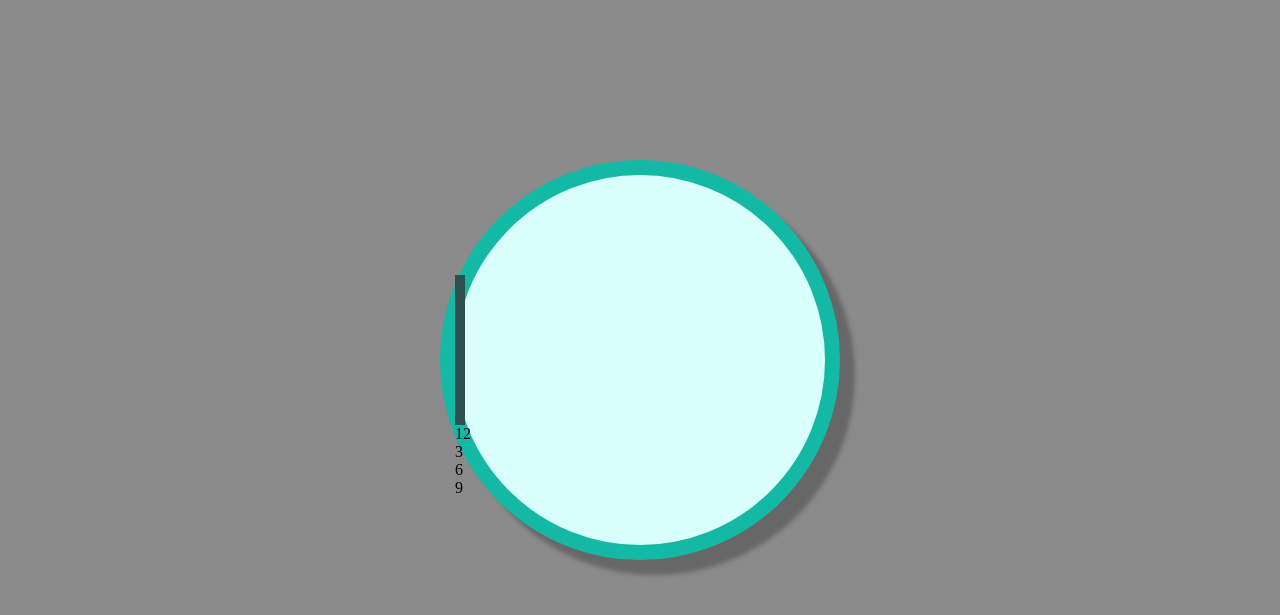
Repository: ChenWarren/web-clock
Page: index.html
An editor plug-in stored every save of this project. The page is shown before and after a run of saves, followed by the edit.
The browser window is 1280 px wide. The pictures show the whole page.

Above is the page before, as saved 2021-03-18 20:51:41.

After the next 2 saves:
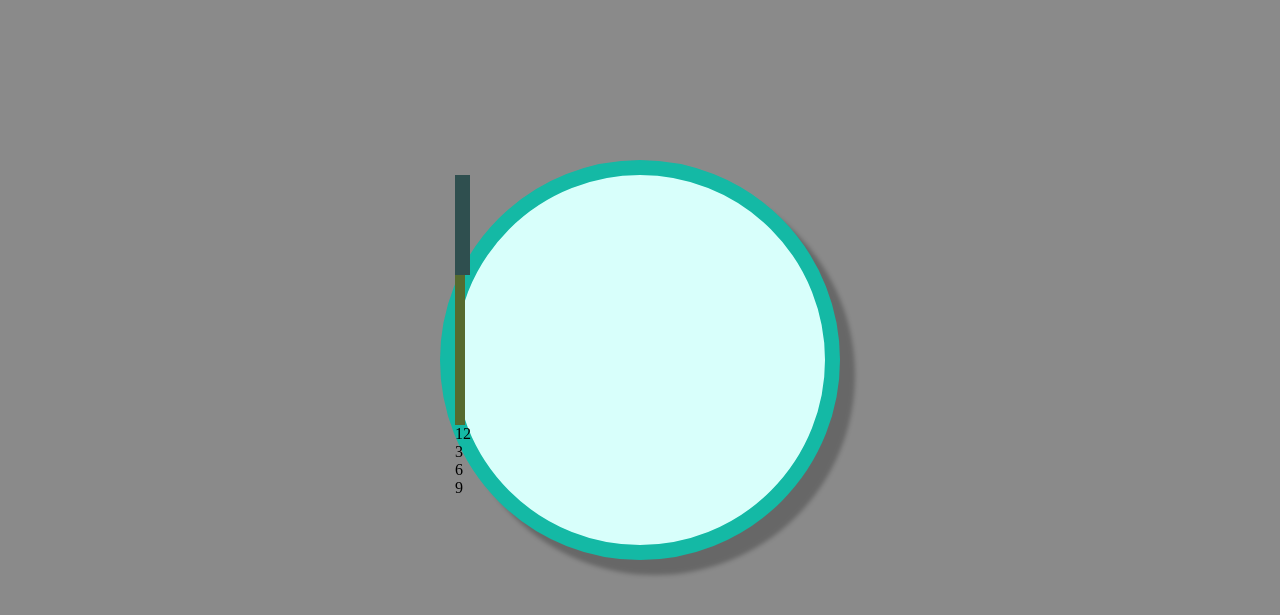
The 2 saves are shown as one change because they came seconds apart.
The last was saved 7 s later.
--- a/main.css
+++ b/main.css
@@ -27,11 +27,11 @@ body {
 .hour {
     width: 15px;
     height: 100px;
-    background-color: darkolivegreen darkslategray;
+    background-color:  darkslategray;
 }
 
 .minute {
     width: 10px;
     height: 150px;
-    background-color:darkslategray;
+    background-color:darkolivegreen;
 }
